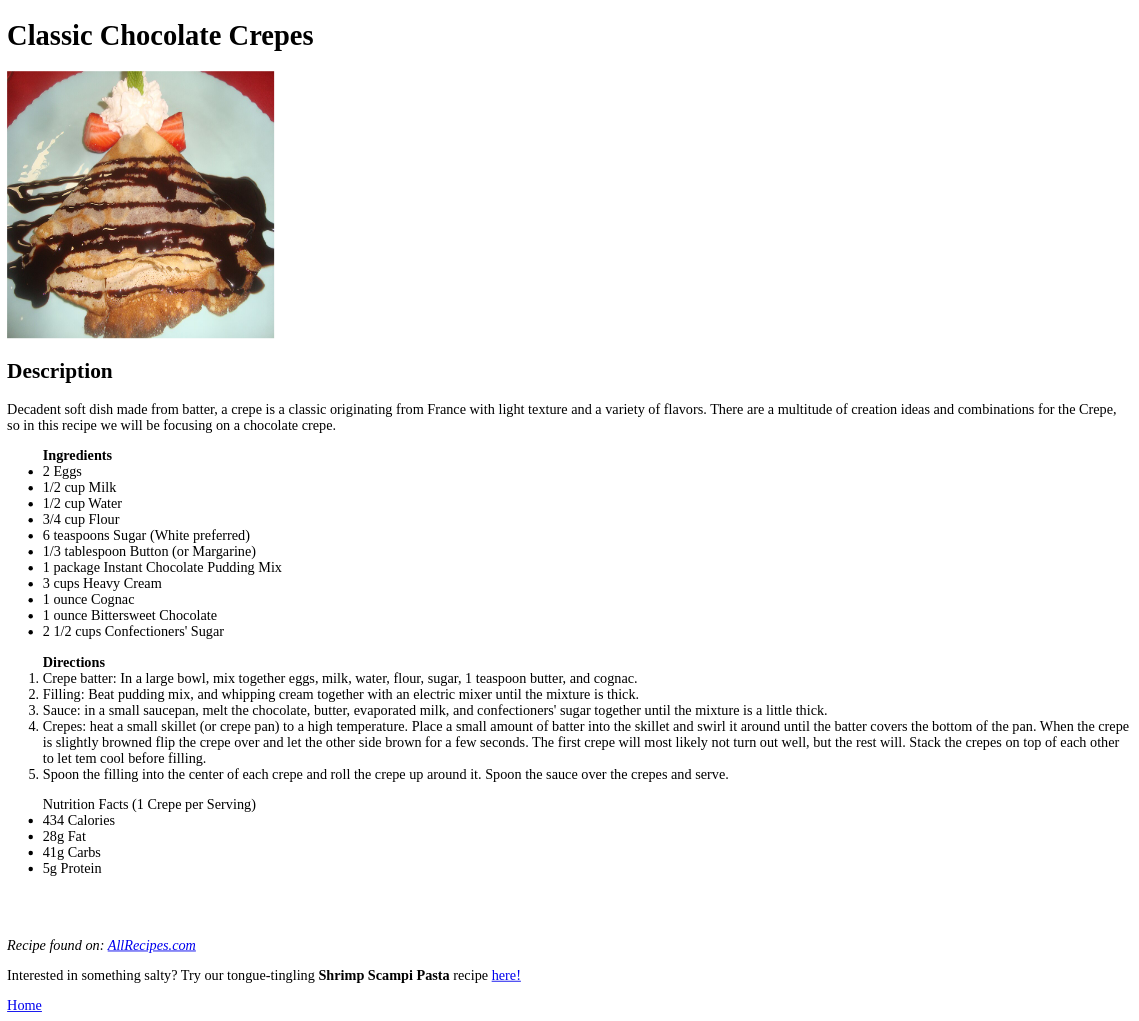
Repository: Mervens/odin-recipes
Page: recipes/crepe.html
These files come from the project's save history. The page is drawn as it stood at one moment and after the next save; the edit follows.
The browser window is 1280 px wide. The pictures show the whole page, at 89% of full size.

Above is the page before, as saved 2025-06-18 12:04:43.

After the next save:
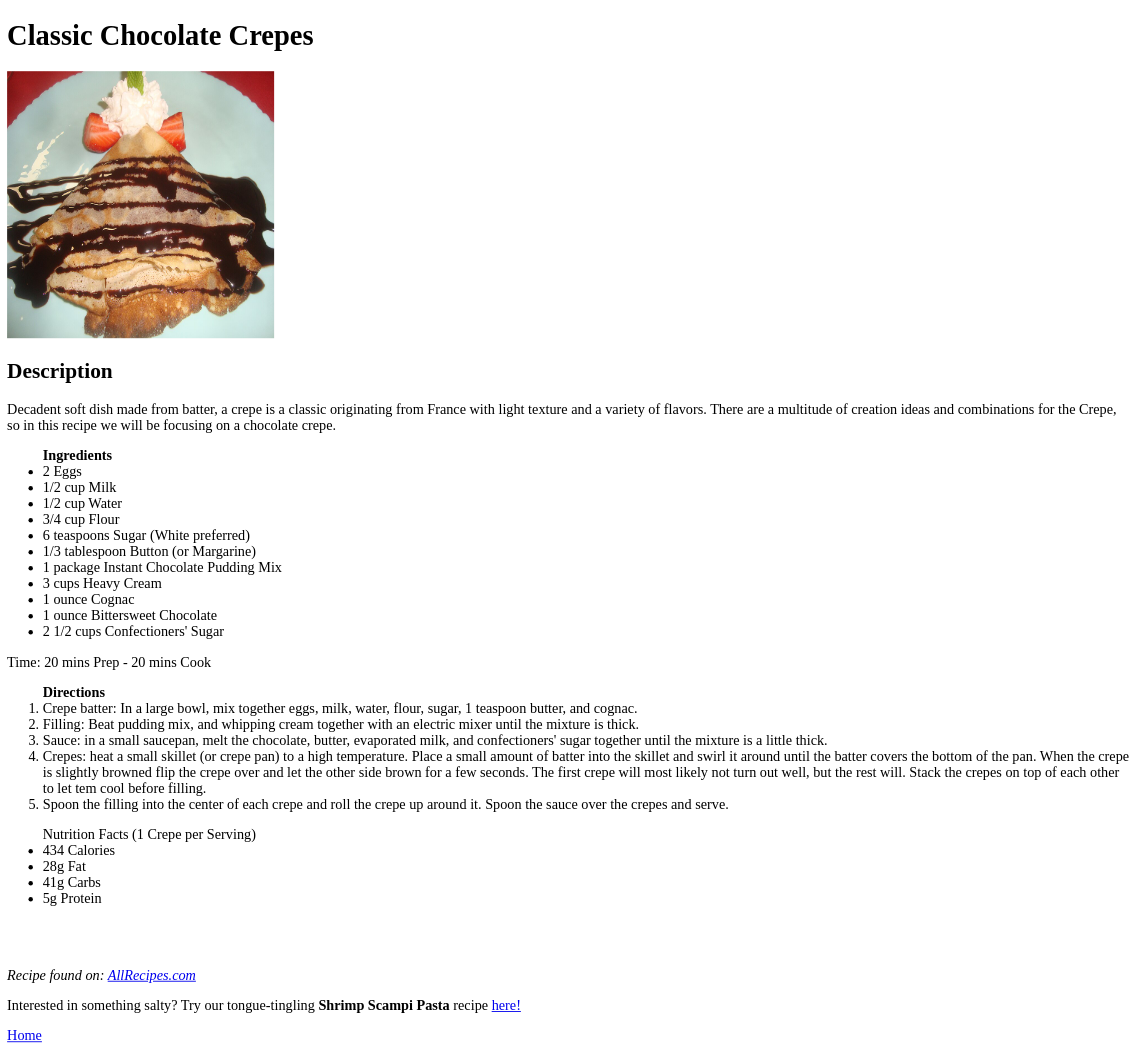
Saved 31 s later.
--- a/recipes/crepe.html
+++ b/recipes/crepe.html
@@ -30,6 +30,7 @@
         <li>1 ounce Bittersweet Chocolate</li>
         <li>2 1/2 cups Confectioners' Sugar</li>
     </ul>
+    <p>Time: 20 mins Prep - 20 mins Cook</p>
     <ol><strong>Directions</strong>
         <li>Crepe batter: In a large bowl, mix together eggs, milk, water, flour, sugar, 1 teaspoon butter, and
             cognac.
@@ -63,7 +64,8 @@
     <br>
 
     <p><em>Recipe found on:
-            <a href="https://www.allrecipes.com/recipe/16054/chocolate-crepes/">AllRecipes.com</em>
+            <a href="https://www.allrecipes.com/recipe/16054/chocolate-crepes/" target="_blank"
+                rel="noopener noreferrer">AllRecipes.com</em>
     </p>
     </a>
     <p>Interested in something salty? Try our tongue-tingling <strong>Shrimp Scampi Pasta </strong>recipe <a
